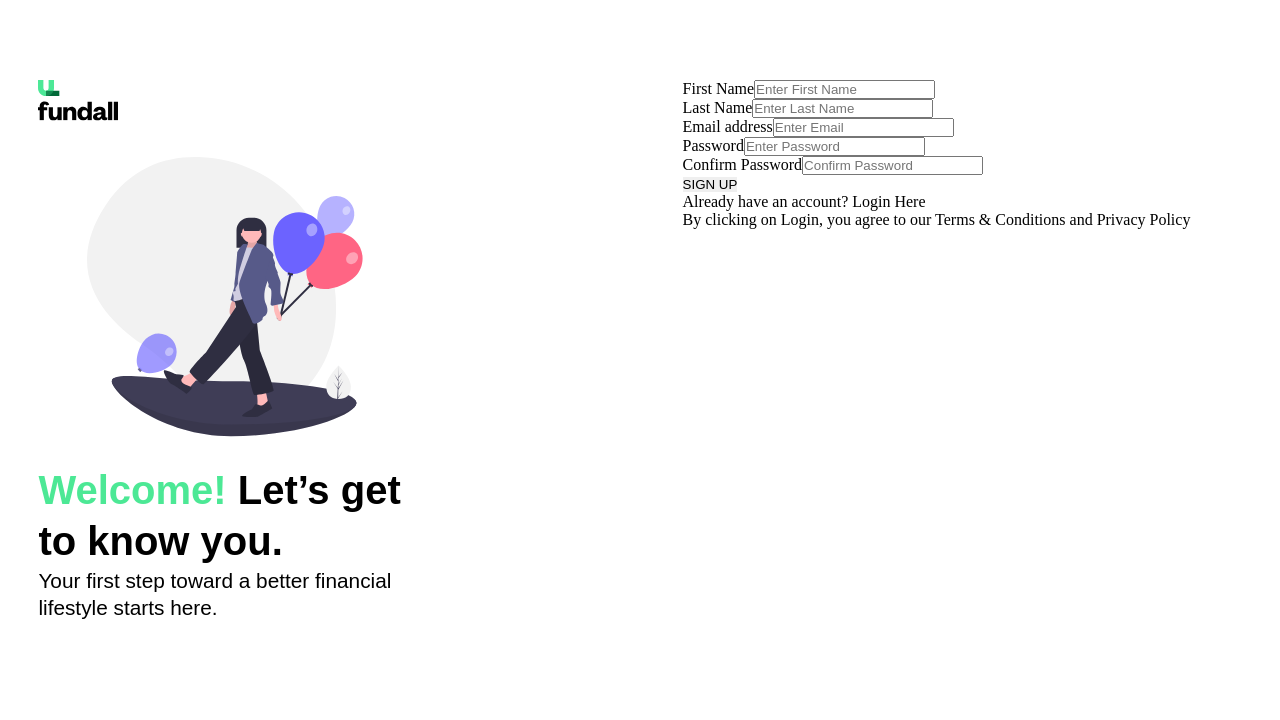
Repository: nilesjamex/niffty
Page: /signup
The author's editor kept a copy of each file at every save. The page is drawn from the files as they stood at one save, then again after the next save.
The browser window is 1280 px wide. The pictures show the whole page.
The project was rebuilt for these pictures with package versions that can differ from the ones it lists, and the page was loaded fresh each time. Also part of the build but not shown: src/components/Nav.vue, src/views/Home.vue.

Above is the page before, as saved 2022-04-16 18:32:10.

After the next save:
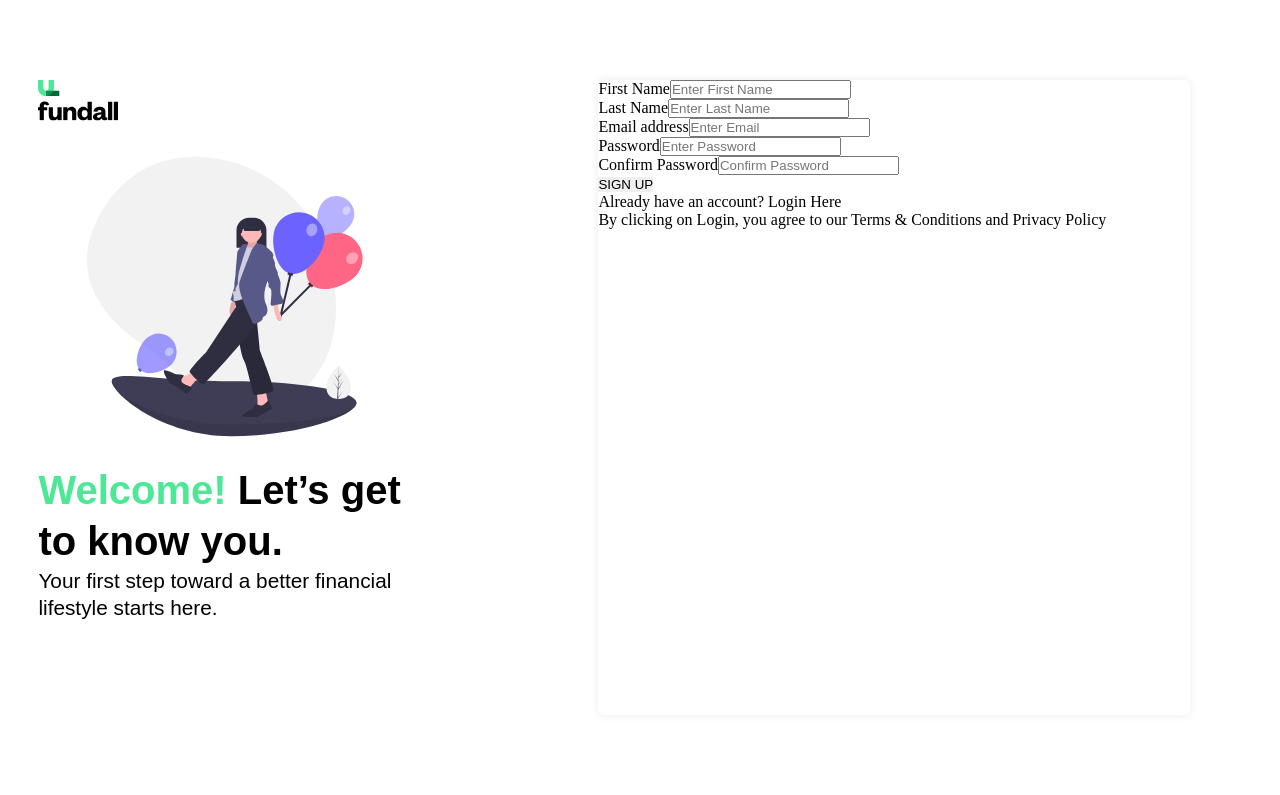
Saved 2 min 50 s later.
--- a/src/views/SignUp.vue
+++ b/src/views/SignUp.vue
@@ -106,4 +106,11 @@ export default {
         width: 374px;
     }
 }
+.signup--form {
+    background: #FFFFFF;
+    box-shadow: 0px 0px 10px rgba(0, 0, 0, 0.082937);
+    border-radius: 6px;
+    width: 592px;
+    height: 635px;
+}
 </style>
